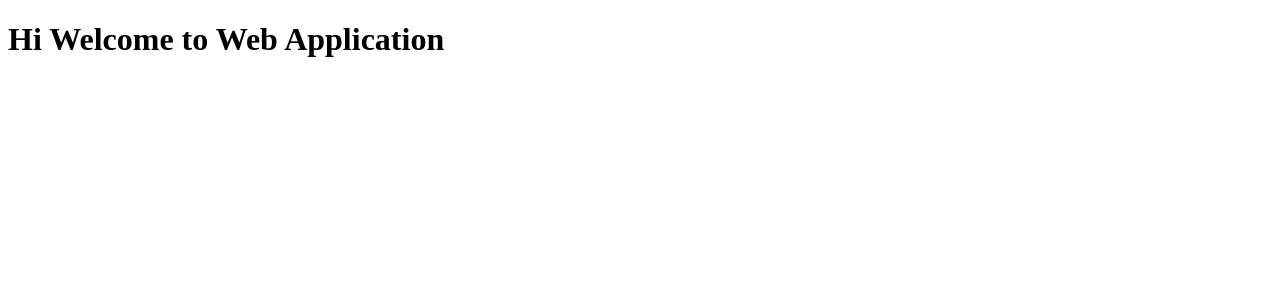
Repository: Thaneshwara848/E-Y
Page: Jdbc-Servlet-Jsp/WebDemo1/src/main/webapp/Demo1.html
The author's editor kept a copy of each file at every save. The page is drawn from the files as they stood at one save, then again after the next save.
The browser window is 1280 px wide. The pictures show the whole page.

Above is the page before, as saved 2023-05-19 10:13:38.

After the next save:
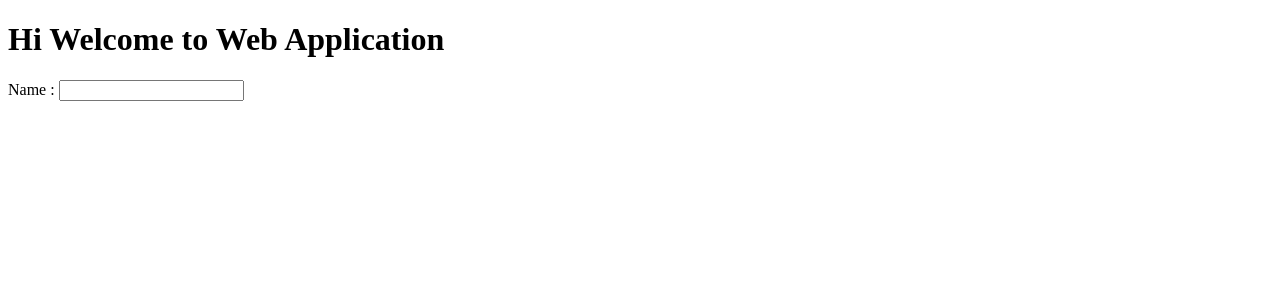
Saved 16 s later.
--- a/Jdbc-Servlet-Jsp/WebDemo1/src/main/webapp/Demo1.html
+++ b/Jdbc-Servlet-Jsp/WebDemo1/src/main/webapp/Demo1.html
@@ -9,7 +9,7 @@
 	<h1> Hi Welcome to Web Application</h1>
 	<form action="">
 
-
+		Name : <input type="text" name="uname">
 
 	</form>
 
